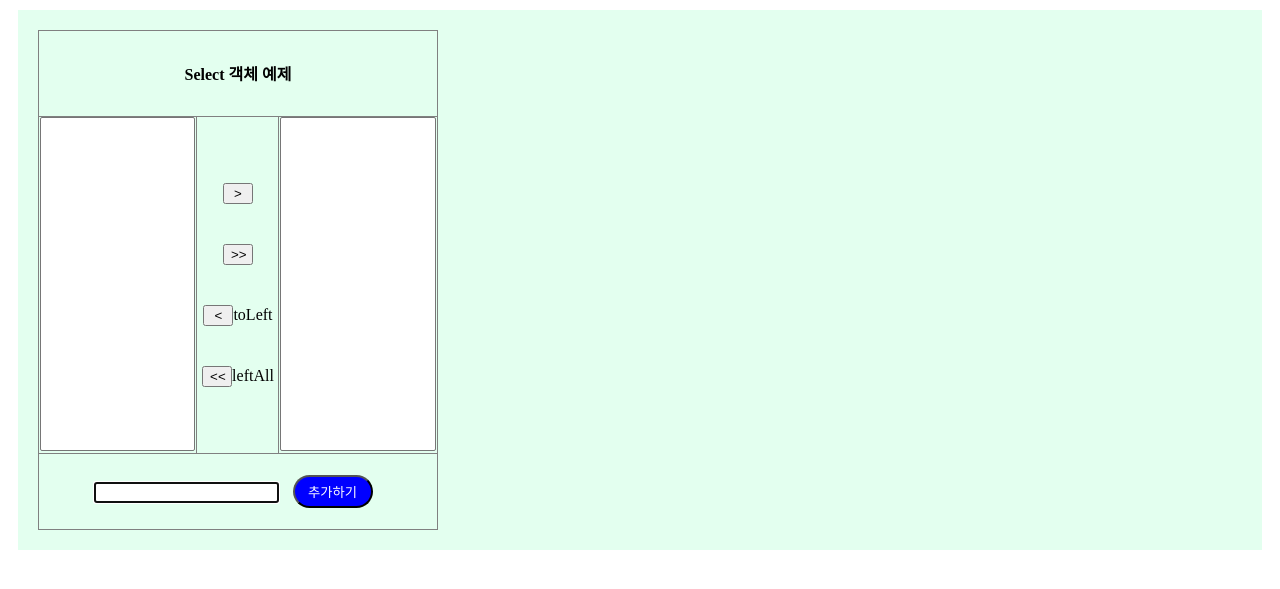
Repository: ypyp0205/jquery
Page: jqpro/WebContent/0204/form연습2.html
The author's editor kept a copy of each file at every save. The page is drawn from the files as they stood at one save, then again after the next save.
The browser window is 1280 px wide. The pictures show the whole page.

Above is the page before, as saved 2020-02-04 06:02:47.

After the next save:
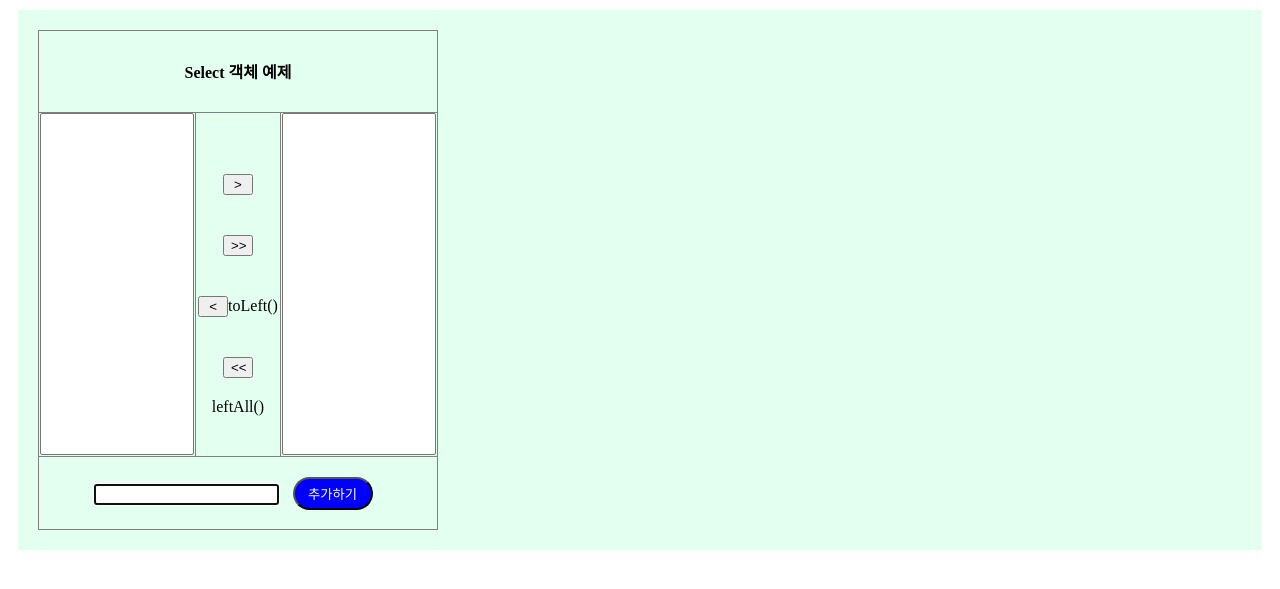
Saved 9 s later.
--- a/jqpro/WebContent/0204/form연습2.html
+++ b/jqpro/WebContent/0204/form연습2.html
@@ -97,10 +97,10 @@
 						<select name="left" multiple size=15>
 						</select></td>
 					<td class="m" id="mm">
-						<input class="mb" type="button" value=">" onclick="toRight"><br>
-						<input class="mb" type="button" value=">>" onclick="rightAll"><br>
-						<input class="mb" type="button" value="<" onclick="">toLeft<br>
-						<input class="mb" type="button" value="<<" onclick="">leftAll<br>
+						<input class="mb" type="button" value=">" onclick="toRight()"><br>
+						<input class="mb" type="button" value=">>" onclick="rightAll()"><br>
+						<input class="mb" type="button" value="<" onclick="">toLeft()<br>
+						<input class="mb" type="button" value="<<" onclick="">leftAll()<br>
 					</td>
 					<td class="m">
 						<select name="right" multiple size=15>
